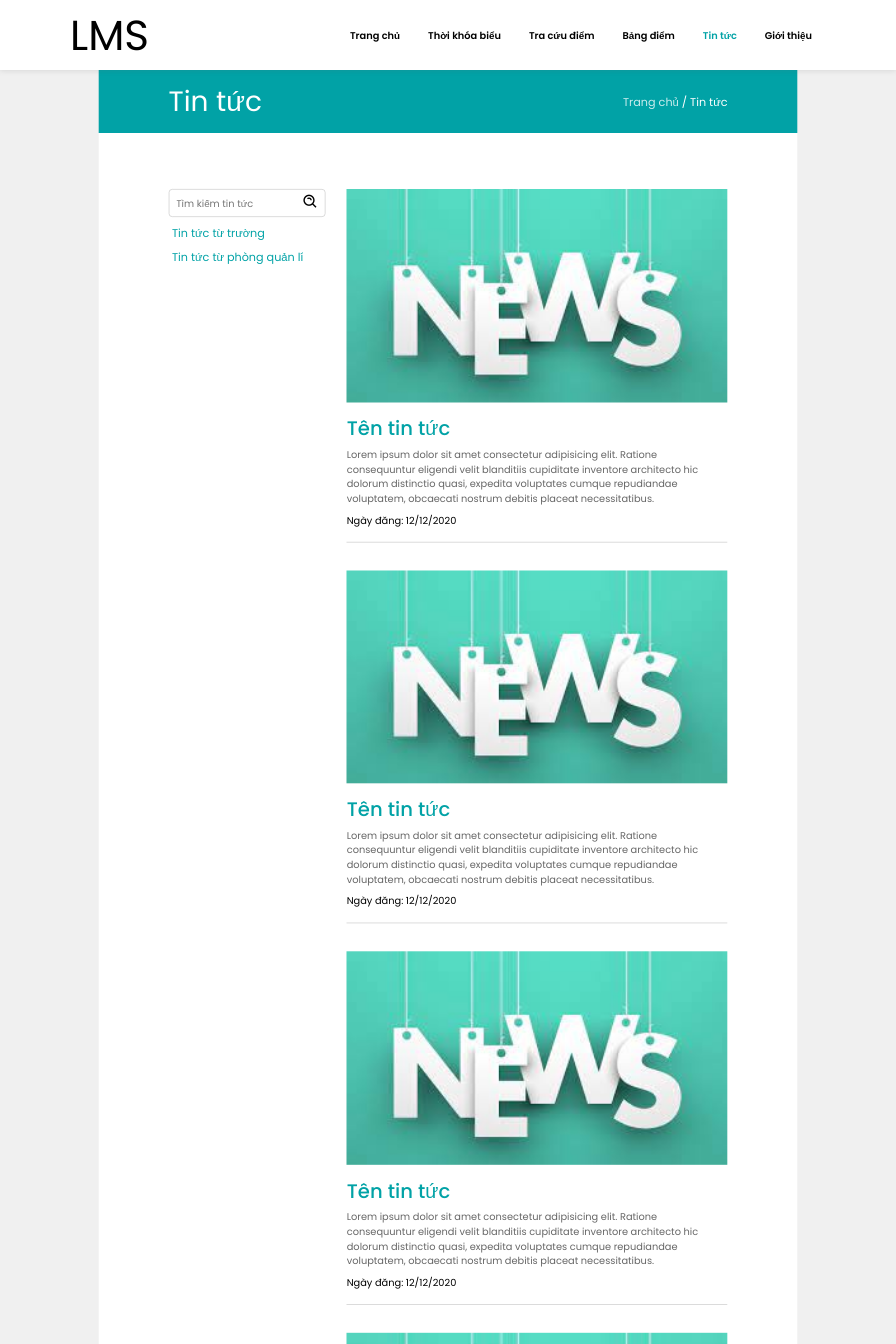
Repository: dungdungptit/LMS
Page: template/news.html
These files come from the project's save history. The page is drawn as it stood at one moment and after the next save; the edit follows.
The browser window is 1280 px wide. The pictures show the part of the page from y = 0 to 1920 px (the page is 3638 px tall before and 3965 px after), at 70% of full size.

Above is the page before, as saved 2022-04-29 08:04:10.

### template/news.html
<!DOCTYPE html>
<html lang="en">

  <head>
    <meta charset="UTF-8">
    <meta http-equiv="X-UA-Compatible" content="IE=edge">
    <meta name="viewport" content="width=device-width, initial-scale=1.0">
    <title>Tin tức</title>
    <style>
      @import url('https://fonts.googleapis.com/css2?family=Poppins:ital,wght@0,100;0,200;0,300;0,400;0,500;0,600;0,700;0,800;0,900;1,100;1,200;1,300;1,400;1,500;1,600;1,700;1,800;1,900&display=swap');
    </style>
    <link href='https://unpkg.com/boxicons@2.1.2/css/boxicons.min.css' rel='stylesheet'>

    <link rel="stylesheet" href="css/root.css">
    <link rel="stylesheet" href="css/header.css">
    <link rel="stylesheet" href="css/footer.css">
    <link rel="stylesheet" href="css/news.css">
  </head>

  <body>
    <div class="web-container">
      <header class="header-container">
        <div class="header">
          <div class="header-logo"><a href="index.html">LMS</a></div>
          <nav class="header-nav">
            <ul class="header-nav-list">
              <li class="header-nav-item"><a href="index.html" class="header-nav-link">Trang
                  chủ</a></li>
              <li class="header-nav-item"><a href="time-table.html" class="header-nav-link">Thời
                  khóa biểu</a></li>
              <li class="header-nav-item"><a href="mark-search.html" class="header-nav-link">Tra cứu điểm</a></li>
              <li class="header-nav-item"><a href="mark-statistics.html"
                  class="header-nav-link">Bảng
                  điểm</a></li>
              <li class="header-nav-item"><a href="news.html" class="header-nav-link header-nav-link-active">Tin tức</a></li>
              <li class="header-nav-item"><a href="#about.html" class="header-nav-link">Giới thiệu</a></li>
            </ul>
          </nav>
        </div>
      </header>
      <div id="page">
        <section class="heading">
          <h1>Tin tức</h1>
          <p> <a href="index.html">Trang chủ</a> / Tin tức </p>
        </section>
        <section class="news">
          <div class="col-left">
            <div class="news-search">
              <form action="">
                <input type="text" placeholder="Tìm kiếm tin tức">
                <button type="submit">
                  <i class='bx bx-search-alt'></i>
                </button>
              </form>
            </div>
            <div class="news-categories">
              <a href="#news-from-school">Tin tức từ trường</a>
              <a href="#news-from-manager">Tin tức từ phòng quản lí</a>
            </div>
          </div>
          <div class="col-right">
            <div class="news-body">
              <div class="news-item">
                <div class="news-item-content">
                  <div class="news-item-img">
                    <a href="news-detail.html">
                      <img src="images/news/news.jfif" alt="">
                    </a>
                  </div>
                  <div class="news-item-info">
                    <div class="news-item-title">
                      <a href="news-detail.html">
                        <h2>Tên tin tức</h2>
                      </a>
                    </div>
                    <div class="news-item-description">
                      <p>Lorem ipsum dolor sit amet consectetur adipisicing elit. Ratione consequuntur eligendi velit
                        blanditiis cupiditate inventore architecto hic dolorum distinctio quasi, expedita voluptates
                        cumque repudiandae voluptatem, obcaecati nostrum debitis placeat necessitatibus.</p>
                    </div>
                    <div class="news-item-date">
                      <p>Ngày đăng: 12/12/2020</p>
                    </div>
                  </div>
                </div>
              </div>
              <div class="news-item">
                <div class="news-item-content">
                  <div class="news-item-img">
                    <a href="news-detail.html">
                      <img src="images/news/news.jfif" alt="">
                    </a>
                  </div>
                  <div class="news-item-info">
                    <div class="news-item-title">
                      <a href="news-detail.html">
                        <h2>Tên tin tức</h2>
                      </a>
                    </div>
                    <div class="news-item-description">
                      <p>Lorem ipsum dolor sit amet consectetur adipisicing elit. Ratione consequuntur eligendi velit
                        blanditiis cupiditate inventore architecto hic dolorum distinctio quasi, expedita voluptates
                        cumque repudiandae voluptatem, obcaecati nostrum debitis placeat necessitatibus.</p>
                    </div>
                    <div class="news-item-date">
                      <p>Ngày đăng: 12/12/2020</p>
                    </div>
                  </div>
                </div>
              </div>
              <div class="news-item">
                <div class="news-item-content">
                  <div class="news-item-img">
                    <a href="news-detail.html">
                      <img src="images/news/news.jfif" alt="">
                    </a>
                  </div>
                  <div class="news-item-info">
                    <div class="news-item-title">
                      <a href="news-detail.html">
                        <h2>Tên tin tức</h2>
                      </a>
                    </div>
                    <div class="news-item-description">
                      <p>Lorem ipsum dolor sit amet consectetur adipisicing elit. Ratione consequuntur eligendi velit
                        blanditiis cupiditate inventore architecto hic dolorum distinctio quasi, expedita voluptates
                        cumque repudiandae voluptatem, obcaecati nostrum debitis placeat necessitatibus.</p>
                    </div>
                    <div class="news-item-date">
                      <p>Ngày đăng: 12/12/2020</p>
                    </div>
                  </div>
                </div>
              </div>
              <div class="news-item">
                <div class="news-item-content">
                  <div class="news-item-img">
                    <a href="news-detail.html">
                      <img src="images/news/news.jfif" alt="">
                    </a>
                  </div>
                  <div class="news-item-info">
                    <div class="news-item-title">
                      <a href="news-detail.html">
                        <h2>Tên tin tức</h2>
                      </a>
                    </div>
                    <div class="news-item-description">
                      <p>Lorem ipsum dolor sit amet consectetur adipisicing elit. Ratione consequuntur eligendi velit
                        blanditiis cupiditate inventore architecto hic dolorum distinctio quasi, expedita voluptates
                        cumque repudiandae voluptatem, obcaecati nostrum debitis placeat necessitatibus.</p>
                    </div>
                    <div class="news-item-date">
                      <p>Ngày đăng: 12/12/2020</p>
                    </div>
                  </div>
                </div>
              </div>
              <div class="news-item">
                <div class="news-item-content">
                  <div class="news-item-img">
                    <a href="news-detail.html">
                      <img src="images/news/news.jfif" alt="">
                    </a>
                  </div>
                  <div class="news-item-info">
                    <div class="news-item-title">
                      <a href="news-detail.html">
                        <h2>Tên tin tức</h2>
                      </a>
                    </div>
                    <div class="news-item-description">
                      <p>Lorem ipsum dolor sit amet consectetur adipisicing elit. Ratione consequuntur eligendi velit
                        blanditiis cupiditate inventore architecto hic dolorum distinctio quasi, expedita voluptates
                        cumque repudiandae voluptatem, obcaecati nostrum debitis placeat necessitatibus.</p>
                    </div>
                    <div class="news-item-date">
                      <p>Ngày đăng: 12/12/2020</p>
                    </div>
                  </div>
                </div>
              </div>
            </div>
            <div class="news-more">
              <a href="news.html">Xem thêm <i class='bx bx-chevron-down'></i> </a>
            </div>
          </div>
        </section>
        <footer class="footer-container">
          <div class="bottom">
            <div class="bottom-item">
              <p class="bottom-item-title">LMS</p>
              <div class="bottom-item-content">Lorem ipsum, dolor sit amet consectetur adipisicing elit. Hic error aut
                neque exercitationem rerum facere dolor architecto dolorum, pariatur beatae, sit et similique placeat
                eveniet quidem perspiciatis iusto animi. Reiciendis!</div>
            </div>
            <div class="bottom-item">
              <p class="bottom-item-title">Giới thiệu</p>
              <div class="bottom-item-content">
                <ul class="bottom-about-list">
                  <li class="bottom-about-item">
                    <a href="#">Về nhà trường</a>
                  </li>
                  <li class="bottom-about-item">
                    <a href="#">Đội ngũ giáo viên</a>
                  </li>
                  <li class="bottom-about-item">
                    <a href="#">Đối tác</a>
                  </li>
                  <li class="bottom-about-item">
                    <a href="#">Hệ thống</a>
                  </li>
                </ul>
              </div>
            </div>

            <div class="bottom-item">
              <p class="bottom-item-title">Tuyển sinh</p>
              <div class="bottom-item-content">
                <ul class="bottom-about-list">
                  <li class="bottom-about-item">
                    <a href="#">Tiêu chí</a>
                  </li>
                  <li class="bottom-about-item">
                    <a href="#">Năm 2023</a>
                  </li>
                  <li class="bottom-about-item">
                    <a href="#">Năm 2022</a>
                  </li>
                  <li class="bottom-about-item">
                    <a href="#">Năm 2021</a>
                  </li>
                </ul>
              </div>
            </div>

            <div class="bottom-item">
              <p class="bottom-item-title">Liên hệ</p>
              <div class="bottom-item-content">
                <ul class="bottom-contact-list">
                  <li class="bottom-contact-item">
                    <i class='bx bx-envelope'></i>
                    <a class="bottom-contact-item-link" href="#">
                      <a href="mailto:example@language-school.com">example@language-school.com</a>
                    </a>
                  </li>
                  <li class="bottom-contact-item">
                    <i class='bx bx-mobile-alt'></i>
                    <span>Hotline: 0987654321</span>
                  </li>

                  <li class="bottom-contact-item">
                    <i class='bx bxs-location-plus'></i>
                    <span>xxx Đường XXX, Phường XXX, Quận XXX, Thành Phố XXX</span>
                  </li>

                </ul>
              </div>
            </div>
          </div>
          <div class="footer">
            <p>
              Privacy Policy / This is a management system website - Copyright © 2022 / All Rights Reserved
            </p>
            <div class="contact">
              <ul class="contact-list">
                <li class="contact-list-item">
                  <a href="#linkedIn"><i class='bx bxl-linkedin'></i></a>
                </li>
                <li class="contact-list-item">
                  <a href="#facebook"><i class='bx bxl-facebook'></i></a>
                </li>
                <li class="contact-list-item">
                  <a href="#twitter"><i class='bx bxl-twitter'></i></a>
                </li>
                <li class="contact-list-item">
                  <a href="#skype"><i class='bx bxl-skype'></i></a>
                </li>
              </ul>
            </div>
          </div>
        </footer>
      </div>
    </div>



    <script src="https://unpkg.com/boxicons@2.1.2/dist/boxicons.js"></script>
  </body>

</html>

### template/css/root.css
:root{
  --box-shadow:rgba(99, 99, 99, 0.2) 0px 2px 8px 0px;
}

html,
body,
* {
  margin: 0;
  padding: 0;
  font-family: 'Poppins', sans-serif !important;
  font-size: 16px;
  color: black;
  box-sizing: border-box;
}


a {
  text-decoration: none;
  color: black;
}

.web-container {
  /* position: relative; */
  padding: 0 11%;
  margin: 0 auto;
  background-color: #f0f0f0;
}

ul li {
  list-style: none;
}

.heading {
  display: flex;
  justify-content: space-between;
  align-items: center;
  background-color: #01a2a6;
  color: white;
  height: 90px;
  padding: 0 100px;
}

.heading * {
  color: white;
}

.heading-title {
  text-transform: uppercase;
  font-size: 28px;
}

.heading-link * {
  font-size: 14px;
}

.heading-link a {
  color: #c7c7c7;
}
.heading-link a:hover {
  color: white;
}

### template/css/header.css
:root{
  --box-shadow:rgba(99, 99, 99, 0.2) 0px 2px 8px 0px;
}

.header-container {
  z-index: 1000;
  position: fixed;
  left: 0;
  right: 0;
  top: 0;
  background-color: #f0f0f0;
  padding: 0 11%;
}

.header {
  display: flex;
  justify-content: space-between;
  align-items: center;
  height: 100px;
  background-color: white;
  margin: 0 auto;
  box-shadow: rgba(99, 99, 99, 0.2) 0px 2px 8px 0px;
}

.header-logo {
  display: flex;
  justify-content: center;
  align-items: center;
  user-select: none;
  margin-left: 100px;
}

.header-logo a {
  font-size: 60px;
}

.header-nav ul {
  display: flex;
  justify-content: center;
  align-items: center;
  margin-right: 100px;
}

.header-nav-link {
  font-size: 14px;
  margin: 0 20px;
  font-weight: 600;
  display: flex;
  justify-content: center;
  align-items: center;
}

.header-nav-item:hover .header-nav-link {
  color: #01a2a6;
}

.header-nav-link-active {
  color: #01a2a6;
}

#menu-btn{
  display: none;
  margin-right: 100px;
}

#menu-btn i{
  font-size: 30px;
  color: #000;
  cursor: pointer;
}

#menu-btn i:hover{
  color: #01a2a6;
}
























/* media queries  */


@media only screen and (max-width:1440px) {
  .web-container {
    width: 100%;
    padding: 0;
  }

  .header-container {
    padding: 0;
  }
}


@media (max-width:991px) {

  .home-right-item-content-image,
  .home-right-item-library-video-item-image,
  .home-right-item-library-images img,
  .home-slider,
  .home-row-content-image{
    display: none;
  }

  .home-container-left{
    margin-top: 10px !important;
  }

  #menu-btn{
    display: block;
  }

  .select-semester{
    width: 100% !important;
    justify-content: flex-start !important;
  }

  .select-semester select{
    width: 100% !important;
  }

  .select-semester form{
    width: 50% !important;
  }

  .header-nav{
    display: none;
    position: absolute;
    top: 100%;
    right: 100px;
    width: 240px;
    box-shadow: var(--box-sadow);
    border-radius: 5px;
    background-color: rgba(255, 255, 255, 0.9);
    animation: show-menu .3s ease-in-out;
  }

  @keyframes show-menu {
    0% {
      transform: translateY(-10px);
    }
  }


  .header-nav.active{
    display: block;
  }

  .header-nav ul{
    display: block;
    margin-right: 0;
    padding: 5px 0;
  }

  .header-nav ul li{
    display: block;
    margin: 0;
    padding: 0;
  }

  .header-nav ul li a{
    padding: 10px 0;
    justify-content: start;
  }

}

@media (max-width:768px) {

  .header-nav{
    right: 40px;
  }

  section{
    padding: 20px 40px !important;
  }

  .table{
    padding: 0 40px 100px 40px !important;
  }

  .news{
    flex-direction: column;
    gap: 20px;
  }

  .news .col-left{
    padding-left: 15px;
    width: 100%;
  }

  .news .col-right{
    width: 100%;
  }

  .news .news-search{
    width: 50% !important;
  }

  .news .news-search form{
    width: 100% !important;
  }

  .news .news-search input{
    width: 100% !important;
  }

  .heading{
    padding: 0 40px !important;
  }

  .select-box{
    padding: 60px 40px !important;
  }

  .select-semester{
    width: 100% !important;
  }

  .select-semester select{
    width: 100% !important;
  }

  .select-semester form{
    width: 100% !important;
  }

  .header-logo {
    margin-left: 40px;
  }

  #menu-btn{
    margin-right: 40px;
  }

  .home-row-content-text{
    padding-left: 0 !important;
  }

  .bottom{
    flex-wrap: wrap;
    padding: 50px 20px !important;
  }
  .bottom-item {
    margin-top: 10px !important;
    width: calc(50% - 40px) !important;
  }

  .footer{
    flex-wrap: wrap;
    padding: 12px 20px !important;
    text-align: center;
  }

  .footer p{
    width: 100%;
  }

  .contact{
    width: 100%;
  }

  .contact-list{
    justify-content: center !important;
  }

}

@media (max-width:450px) {

  html {
      font-size: 50%;
  }

  section{
    padding: 20px !important;
  }

  .table{
    padding: 0 20px 100px 20px !important;
  }

  .news .news-search{
    width: 100% !important;
  }

  .news-search form{
    width: 100% !important;
  }

  .news-search input{
    width: 100% !important;
  }

  .heading{
    padding: 0 20px;
    justify-content: center;
  }

  .heading-title{
    text-align: center;
    font-size: 24px !important;
  }

  .heading-link{
    display: none;
  }

  .select-box{
    flex-wrap: wrap;
    gap: 20px;
    padding: 60px 20px !important;
  }

  .select-week{
    width: 100% !important;
  }

  .select-week select{
    width: 100% !important;
  }

  .select-class{
    width: 100% !important;
    flex-direction: column;
    align-items: flex-start !important;
    margin-right: 0 !important;
  }

  .select-class:first-child form{
    margin-top: 0 !important;
  }

  .select-class form{
    width: 100% !important;
  }

  .select-class form select{
    width: 100% !important;
  }

  .select-class form:last-child{
    margin-top: 20px;
    margin-left: 0 !important;
  }

  .header-logo {
    margin-left: 15px;
  }

  #menu-btn{
    margin-right: 15px;
  }

  .header-nav{
    right: 0;
    width: 100%;
    border-radius: 0;
  }

  .bottom {
    padding: 50px 20px !important;
  }

  .bottom-item {
    width: calc(100%) !important;
    margin: 20px 0 !important;
  }

  .footer{
    flex-wrap: wrap;
    padding: 12px 20px !important;
    text-align: center;
  }

  .contact{
    width: 100%;
  }

  .contact-list{
    justify-content: center !important;
  }

  .home{
    flex-wrap: wrap;
  }

  .col-left{
    width: 100% !important;
    padding-right: 0 !important;
  }

  .col-right{
    width: 100% !important;
    padding-left: 0 !important;
  }

}

### template/css/footer.css
.footer-container {
  background-color: #3d3d47;
}

.footer-container * {
  color: #ffffff4d;
  font-size: 13px;
  line-height: 30px;
}

.bottom {
  padding: 50px 100px;
  border-bottom: 1px solid #ccc;
  display: flex;
  justify-content: center;
  align-items: flex-start;
}

.bottom-item {
  width: 25%;
  margin: 0 20px;
}

.bottom-item-title {
  position: relative;
  margin-bottom: 30px;
}

.bottom-item-content {}

.bottom-item:first-of-type .bottom-item-title {
  font-size: 30px;
  font-weight: bold;
  margin-bottom: 40px;
}

.bottom-item:not(:first-of-type) .bottom-item-title::after {
  content: "";
  width: 70%;
  height: 2px;
  position: absolute;
  top: 150%;
  left: -5%;
  background-color: #01a2a6;
}

.bottom-item-title {
  font-size: 20px;
  color: white;
}

.bottom-about-item {
  padding: 10px 0;
  border-bottom: 1px solid #cccccc52;
}

.bottom-about-item:hover * {
  color: white;
}

.bottom-contact-item {
  display: flex;
  justify-content: flex-start;
  align-items: center;
  padding: 10px 0;
}

.bottom-contact-item i {
  font-size: 20px;
  margin-right: 20px;
}

.bottom-contact-item:hover a {
  color: white;
}

.footer {
  padding: 12px 100px;
}

.footer {
  display: flex;
  justify-content: space-between;
  align-items: center;
}

.contact ul {
  display: flex;
  justify-content: center;
  align-items: center;
}

.contact-list-item * {
  margin-right: 4px;
  font-size: 16px;
}

.contact-list-item:hover * {
  color: white;
}

### template/css/news.css
.heading {
    margin-top: 100px;
    display: flex;
    justify-content: space-between;
    align-items: center;
    background-color: #01a2a6;
    padding: 10px 100px;
    color: #fff;
}

section {
    padding: 20px 100px;
}

#page{
    padding: 0 11%;
}

.heading h1 {
    font-size: 40px;
    font-weight: 400;
    color: #fff;
}

.heading p{
    color: #fff;
}

.heading p a{
    color: #ffffffcc;
}

.heading p a:hover{
    color: #fff;
}

.news{
    display: flex;
    justify-content: space-between;
    background-color: #fff;
    padding-top: 70px;
}

.col-left{
    width: 30%;
    padding-right: 15px;
}

.col-right{
    width: 70%;
    padding-left: 15px;
}

.news-search{
    display: flex;
    justify-content: start;
    align-items: center;
}

.news-search form{
    padding: 10px 0;
    position: relative;
}

.news-search form input{
    width: 100%;
    height: 40px;
    border: 1px solid #ccc;
    border-radius: 5px;
    padding: 0 10px;
    font-size: 14px;
}

.news-search form button{
    position: absolute;
    right: 0;
    top: 7px;
    color: #fff;
    background: transparent;
    border: none;
    padding: 10px;
    font-size: 14px;
    cursor: pointer;
}

.news-search form button i{
    font-size: 24px;
    color: #000;
}

.news-categories{
    display: flex;
    flex-direction: column;
    gap: 10px;
}

.news-categories a{
    color: #01a2a6;
    font-size: 16px;
    font-weight: 400;
    padding-left: 5px;
    text-decoration: none;
}

.news-categories a:hover{
    color: #000;
}

.news-body{
    display: flex;
    flex-direction: column;
    gap: 30px;
}

.news-item{
    display: flex;
    justify-content: space-between;
    align-items: center;
    padding: 10px 0;
    border-bottom: 1px solid #ccc;
}

.news-item-content{
    padding-bottom: 10px;
}

.news-item-img{
    width: 100%;
}

.news-item-img img{
    width: 100%;
    height: 100%;
    object-fit: cover;
}

.news-item-info{
    margin-top: 10px;
}

.news-item-title{
    margin-bottom: 5px;
}

.news-item-title a h2{
    font-size: 28px;
    font-weight: 500;
    color: #01a2a6;
}

.news-item-title a:hover h2{
    color: #000;
}

.news-item-description p{
    font-size: 14px;
    color: #666;
    margin-bottom: 10px;
}

.news-item-date p{
    font-size: 14px;
    color: #000;
}

.news-more{
    display: flex;
    justify-content: center;
    align-items: center;
    margin: 30px auto;
    padding: 10px 0;
    border: #ccc 1px solid;
    border-radius: 30px;
    width: 160px;
}

.news-more a{
    color: #01a2a6;
    font-size: 16px;
    font-weight: 400;
    text-decoration: none;
}

.news-more:hover{
    border: #000 1px solid;
}

.news-more:hover a{
    color: #000;
}

After the next save:
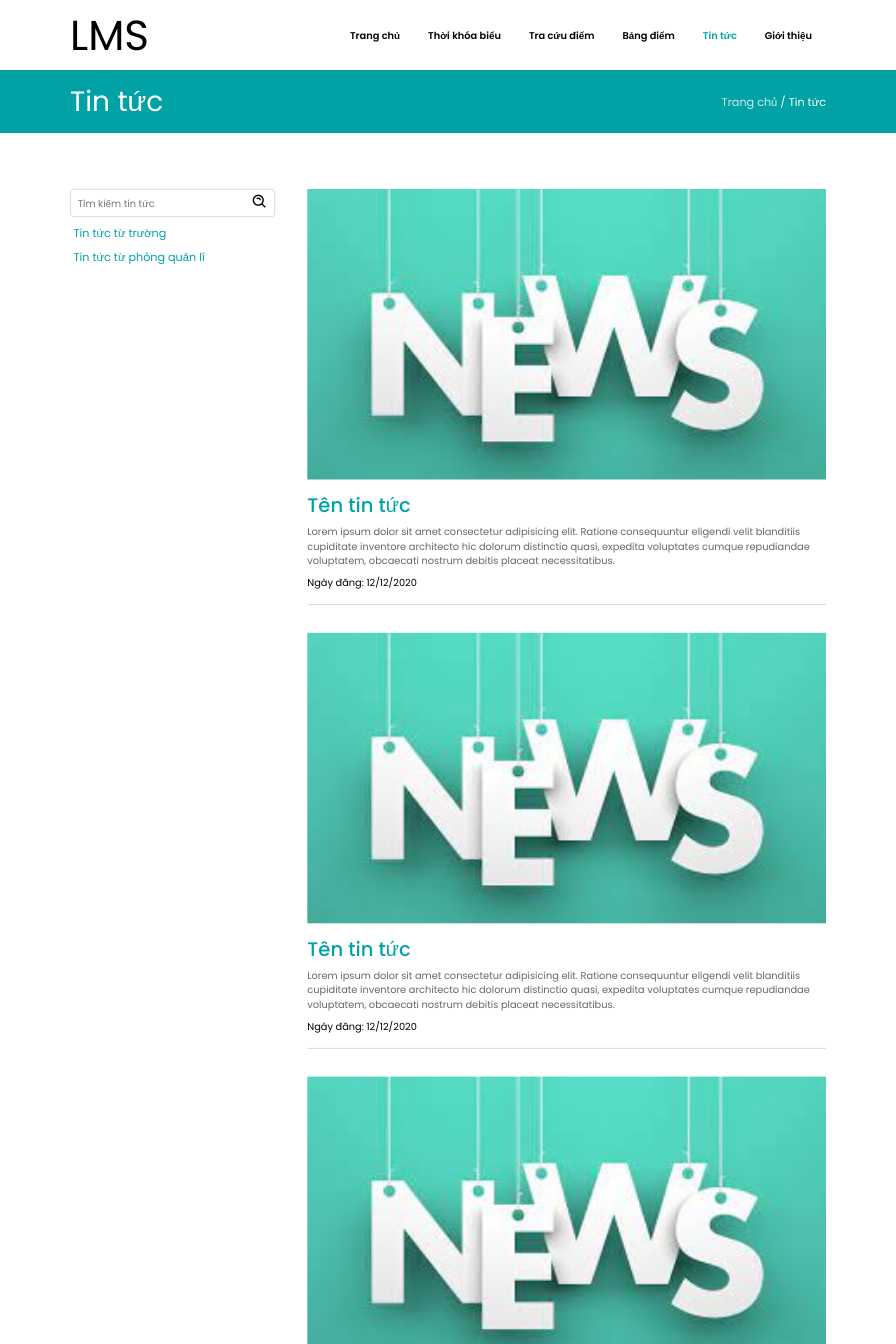
Saved 14 s later.
--- a/template/css/news.css
+++ b/template/css/news.css
@@ -12,9 +12,6 @@
     padding: 20px 100px;
 }
 
-#page{
-    padding: 0 11%;
-}
 
 .heading h1 {
     font-size: 40px;
